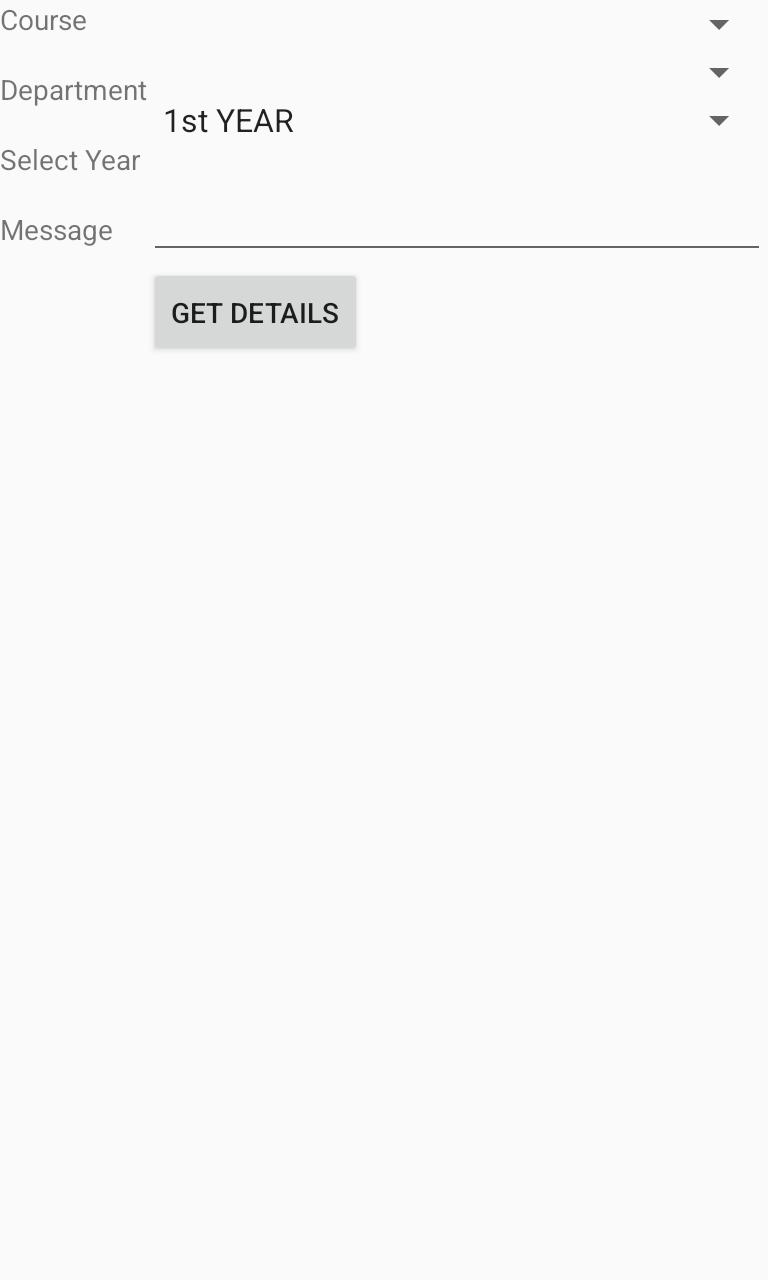
Repository: Prasannakumarb/CollegeMate
Layout: CollegeMate/CollegeMate/res/layout/activity_notification_home_screen.xml
An editor plug-in stored every save of this project. The layout is shown before and after the next save, followed by the edit.
It is drawn on a 768 x 1280 px phone screen (xhdpi) without system bars, with theme AppTheme; the app's code is not run.

Above is the layout before, as saved 2014-07-01 17:24:58.

After the next save:
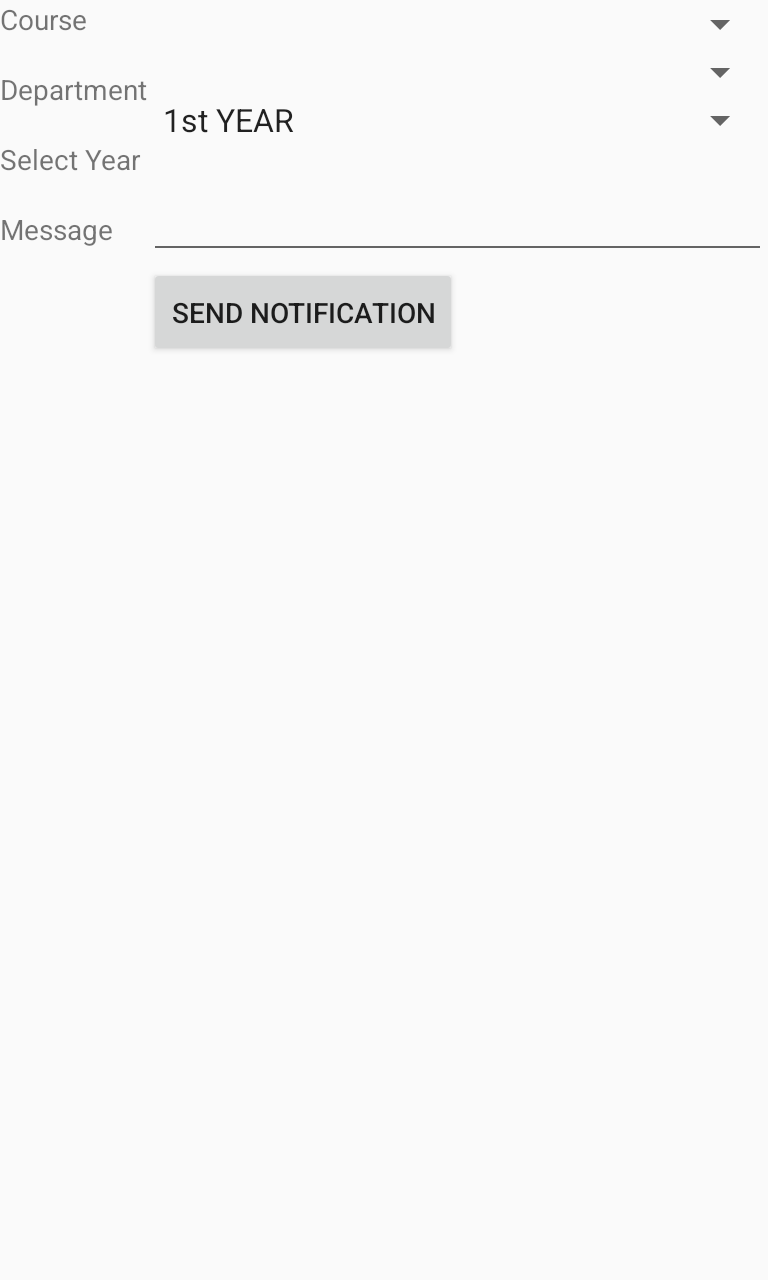
Saved 39 min 14 s later.
--- a/CollegeMate/CollegeMate/res/layout/activity_notification_home_screen.xml
+++ b/CollegeMate/CollegeMate/res/layout/activity_notification_home_screen.xml
@@ -78,7 +78,7 @@
                 android:layout_width="wrap_content"
                 android:layout_height="wrap_content"
                 android:onClick="Getdetails"
-                android:text="Get Details" />
+                android:text="@string/sendnoti" />
         </LinearLayout>
     </LinearLayout>
 
